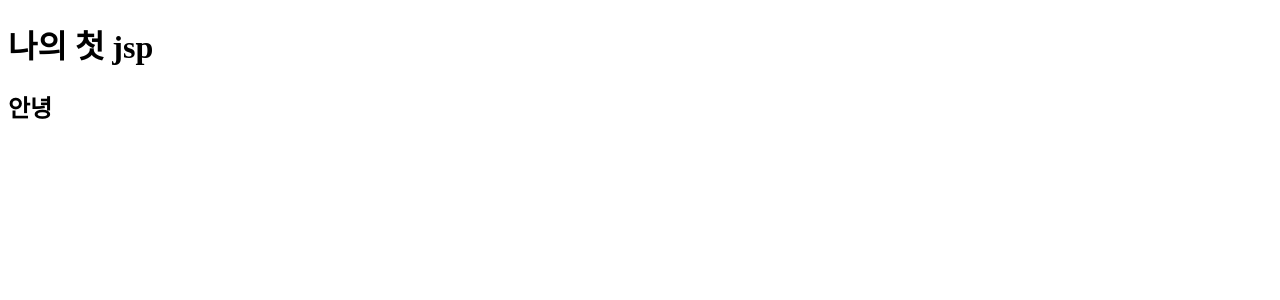
Repository: kimeuiyeob/KOPO_JSP_Study_2
Page: http://localhost/JspStudy/Hello.jsp
An editor plug-in stored every save of this project. The page is shown before and after the next save, followed by the edit.
The browser window is 1280 px wide. The pictures show the whole page.
The page is served by Tomcat 9.

Above is the page before, as saved 2023-06-15 01:36:04.

After the next save:
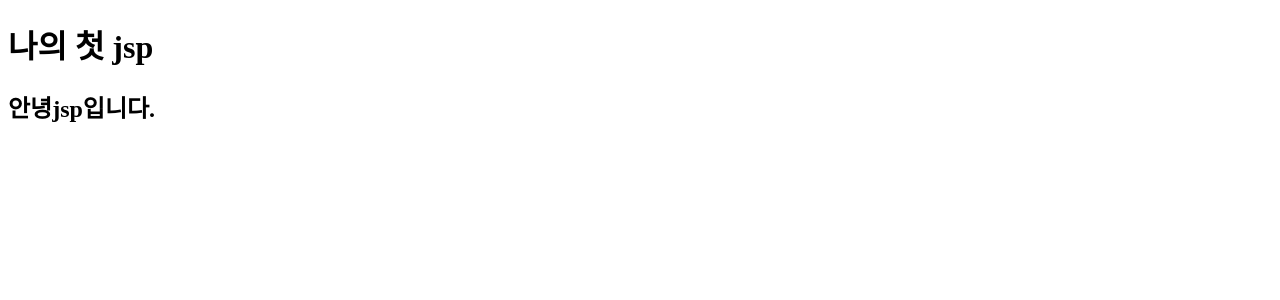
Saved 16 s later.
--- a/JspStudy/src/main/webapp/Hello.jsp
+++ b/JspStudy/src/main/webapp/Hello.jsp
@@ -15,7 +15,7 @@
 <body>
 
 <h1>나의 첫 <%=str1%></h1>
-<h2><%out.print(str2);%></h2>
+<h2><%out.print(str2 + str1 + "입니다.");%></h2>
 
 </body>
 </html>
